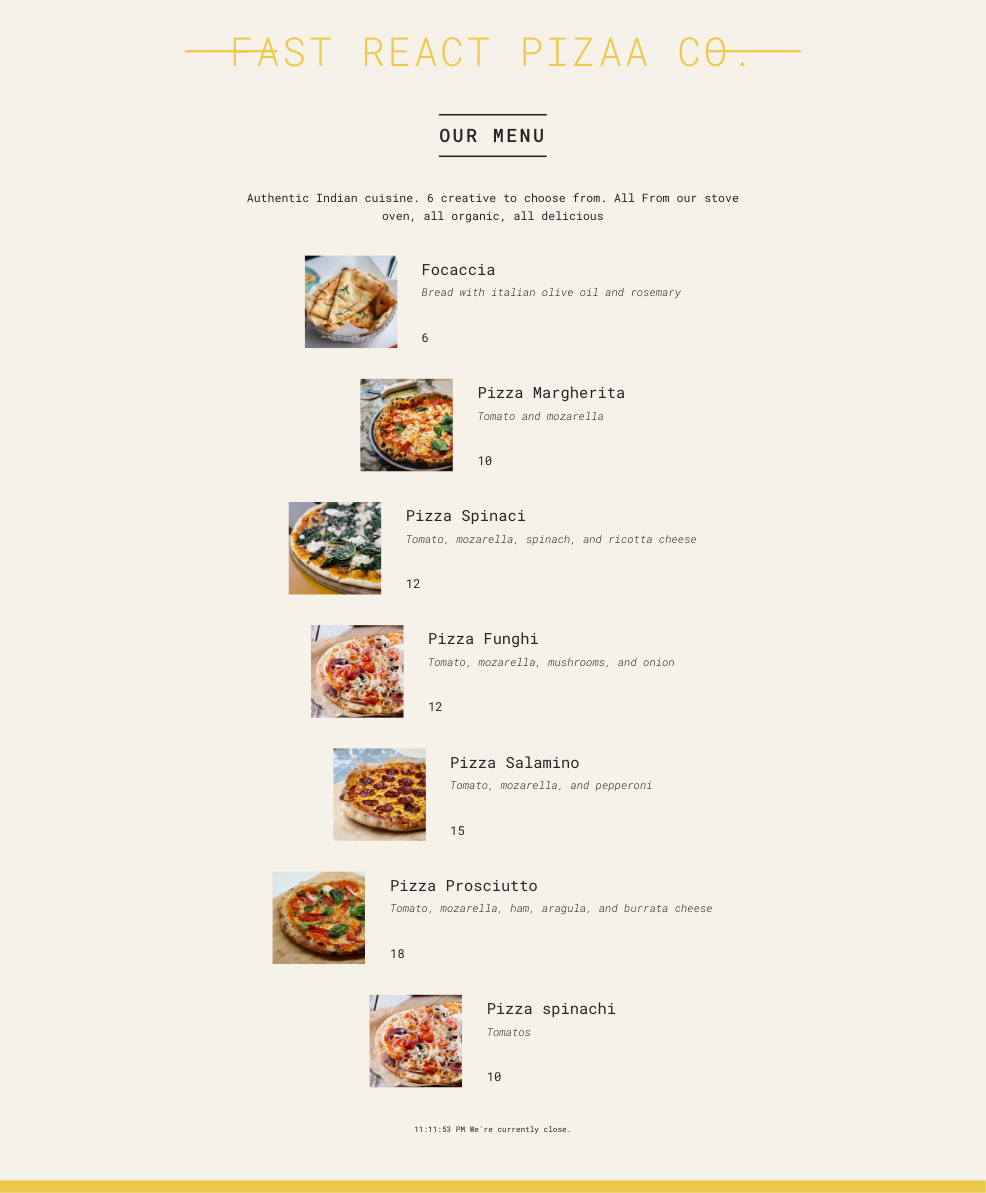
Repository: balaji-ummadisetty/reactPropsPractice
Page: /
An editor plug-in stored every save of this project. The page is shown before and after the next save, followed by the edit.
The browser window is 1280 px wide. The pictures show the whole page, at 77% of full size.
The project was rebuilt for these pictures with package versions that can differ from the ones it lists, and the page was loaded fresh each time. Also part of the build but not shown: vite.config.js.

Above is the page before, as saved 2024-05-08 23:12:25.

After the next save:
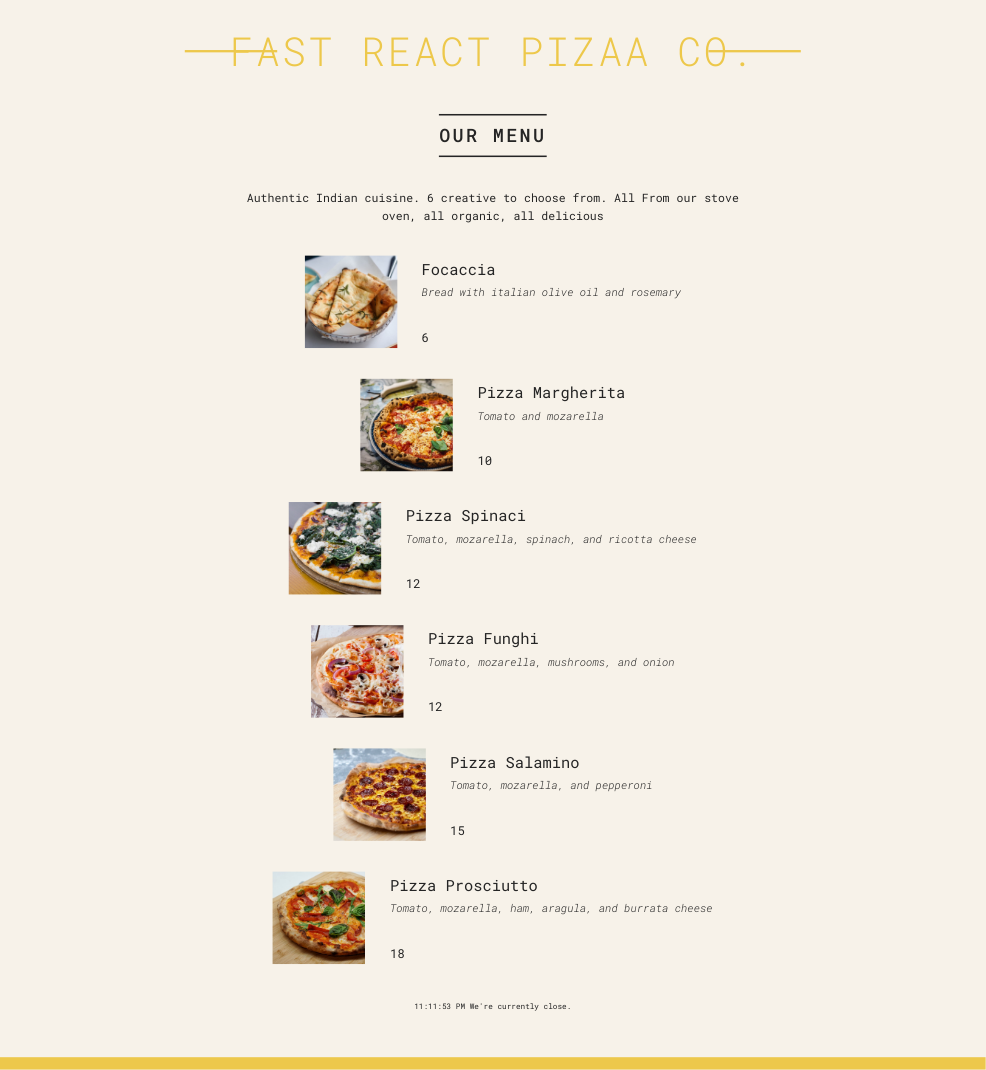
Saved 7 s later.
--- a/src/App.jsx
+++ b/src/App.jsx
@@ -32,7 +32,7 @@ const Menu =()=>{
         {pizzaData.map((data) =>{
             return <Pizza name={data.name} ingredients={data.ingredients} price={data.price} photoName={data.photoName}/>
         })}
-        <Pizza name="Pizza spinachi" ingredients='Tomatos' price={10} photoName='/pizzas/funghi.jpg'/>
+
         </main>
     )
 }
